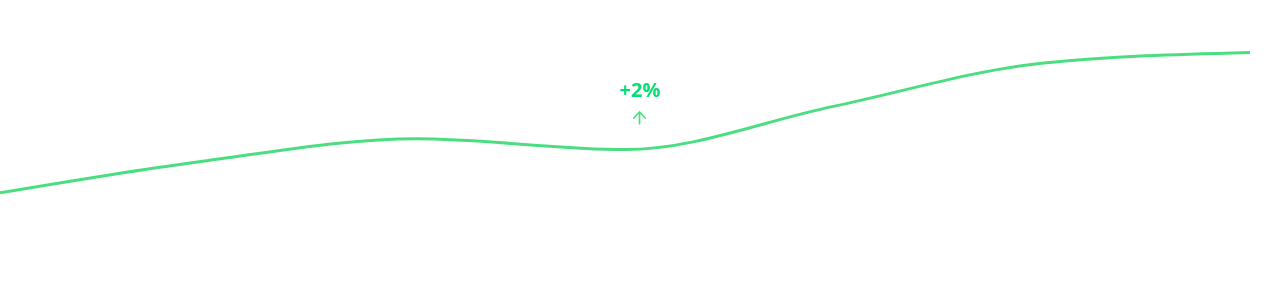
Repository: SharonSebastian32/reacharts
Page: /
These files come from the project's save history. The page is drawn as it stood at one moment and after the next save; the edit follows.
The browser window is 1280 px wide. The pictures show the whole page.
The project was rebuilt for these pictures with package versions that can differ from the ones it lists, and the page was loaded fresh each time. Also part of the build but not shown: vite.config.js.

Above is the page before, as saved 2025-03-20 22:45:20.

After the next save:
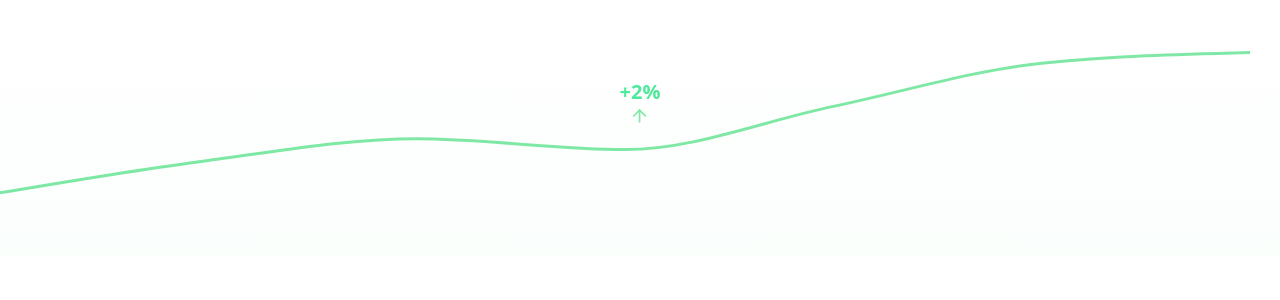
Saved 10 s later.
--- a/src/Components/CurveGraph.jsx
+++ b/src/Components/CurveGraph.jsx
@@ -1,32 +1,26 @@
-import React from "react";
-import {
-  LineChart,
-  Line,
-  XAxis,
-  YAxis,
-  CartesianGrid,
-  ResponsiveContainer,
-} from "recharts";
+import React from 'react';
+import { LineChart, Line, XAxis, YAxis, CartesianGrid, ResponsiveContainer } from 'recharts';
 
-const GrowthGraph = ({ data = [], growthRate = "+2%" }) => {
-  // Default data if none provided
-  const defaultData = [
-    { name: "Jan", value: 20 },
-    { name: "Feb", value: 35 },
-    { name: "Mar", value: 45 },
-    { name: "Apr", value: 40 },
-    { name: "May", value: 60 },
-    { name: "Jun", value: 80 },
-    { name: "Jul", value: 85 },
+const GrowthGraph = () => {
+  // Sample data to create the desired curve
+  const data = [
+    { name: 'Jan', value: 20 },
+    { name: 'Feb', value: 35 },
+    { name: 'Mar', value: 45 },
+    { name: 'Apr', value: 40 },
+    { name: 'May', value: 60 },
+    { name: 'Jun', value: 80 },
+    { name: 'Jul', value: 85 },
   ];
 
-  const chartData = data.length > 0 ? data : defaultData;
+  // Position for the growth indicator (roughly where the curve starts rising)
+  const indicatorPosition = { x: 300, y: 100 };
 
   return (
-    <div className="w-full h-64 bg-white relative overflow-hidden">
+    <div className="w-full h-64 bg-white relative">
       <ResponsiveContainer width="100%" height="100%">
         <LineChart
-          data={chartData}
+          data={data}
           margin={{ top: 20, right: 30, left: 0, bottom: 20 }}
         >
           <CartesianGrid vertical={false} horizontal={false} />
@@ -41,49 +35,23 @@ const GrowthGraph = ({ data = [], growthRate = "+2%" }) => {
             activeDot={false}
             isAnimationActive={true}
             animationDuration={1500}
-            animationEasing="ease-in-out"
           />
         </LineChart>
       </ResponsiveContainer>
 
-      {/* Growth indicator with animation */}
-      <div
-        className="absolute text-green-400 font-bold text-xl transition-all duration-500 ease-in-out"
-        style={{
-          left: "50%",
-          top: "40%",
-          transform: "translate(-50%, -50%)",
-        }}
-      >
-        {growthRate}
-        <div className="flex justify-center mt-1">
-          <svg
-            width="20"
-            height="20"
-            viewBox="0 0 24 24"
-            fill="none"
-            xmlns="http://www.w3.org/2000/svg"
-          >
-            <path
-              d="M12 19L12 5"
-              stroke="#4ade80"
-              strokeWidth="2"
-              strokeLinecap="round"
-              strokeLinejoin="round"
-            />
-            <path
-              d="M5 12L12 5L19 12"
-              stroke="#4ade80"
-              strokeWidth="2"
-              strokeLinecap="round"
-              strokeLinejoin="round"
-            />
+      {/* Growth indicator */}
+      <div className="absolute text-green-400 font-bold text-xl" style={{ left: '50%', top: '40%', transform: 'translate(-50%, -50%)' }}>
+        +2%
+        <div className="flex justify-center">
+          <svg width="20" height="20" viewBox="0 0 24 24" fill="none" xmlns="http://www.w3.org/2000/svg">
+            <path d="M12 19L12 5" stroke="#4ade80" strokeWidth="2" strokeLinecap="round" strokeLinejoin="round"/>
+            <path d="M5 12L12 5L19 12" stroke="#4ade80" strokeWidth="2" strokeLinecap="round" strokeLinejoin="round"/>
           </svg>
         </div>
       </div>
 
-      {/* Gradient background */}
-      <div className="absolute inset-0 z-0 bg-gradient-to-t from-green-30 to-white opacity-0 pointer-events-none" />
+      {/* Light gradient background under the line */}
+      <div className="absolute inset-0 z-0 bg-gradient-to-t from-green-50 to-white opacity-30" />
     </div>
   );
 };
